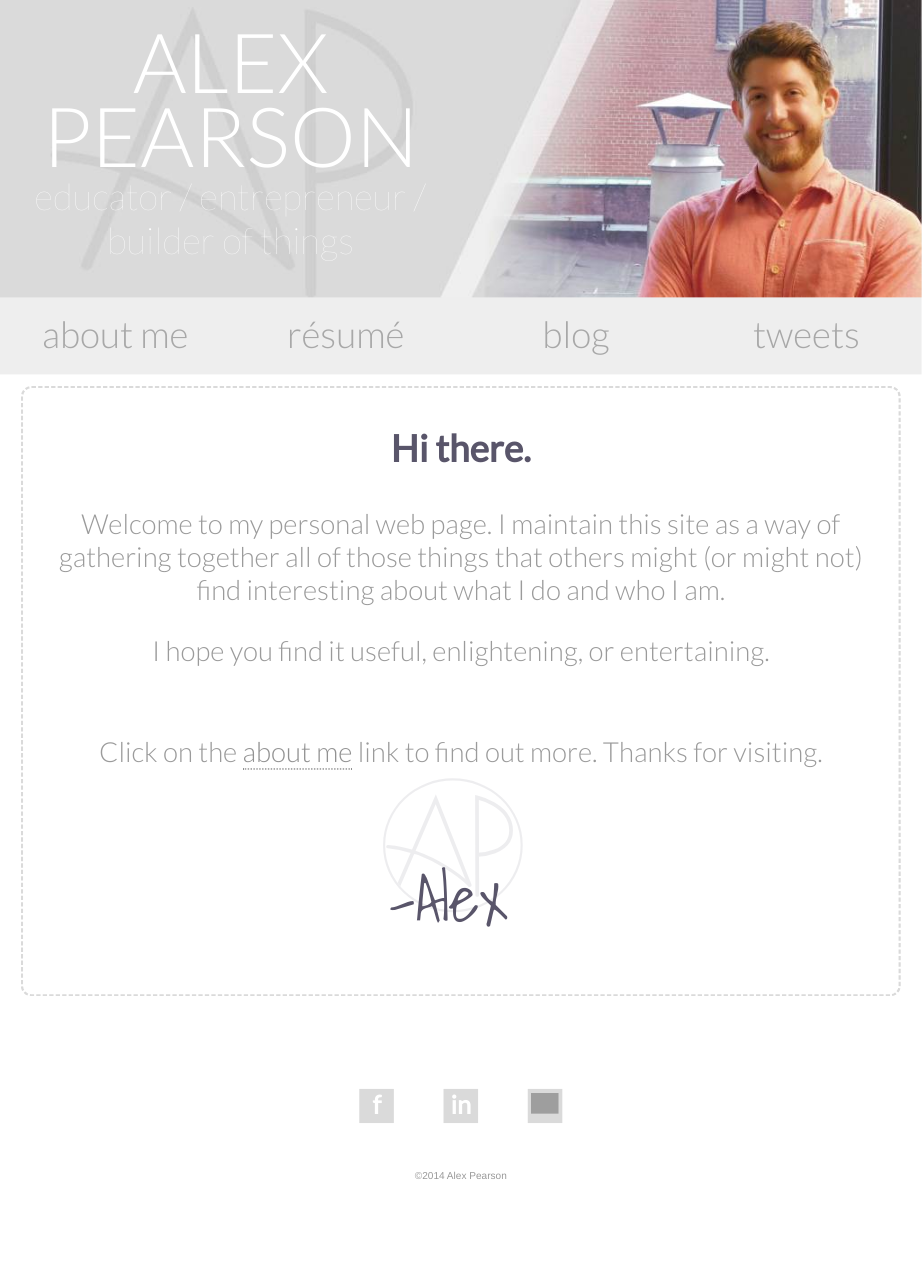
Repository: NAlexPear/personal-page
Page: about/index.html
The author's editor kept a record of every edit. The page is drawn from the files as they stood at one moment, then again after the next edit.
The browser window is 1280 px wide. The pictures show the whole page, at 72% of full size.
Pictures or frames that could not be fetched are drawn as grey boxes.

Above is the page before.

### about/index.html
<!DOCTYPE html>
<html lang="en-us">

<head>
<meta charset="utf-8">
<!-- Set the viewport width to device width for mobile -->
<meta name="viewport" content="width=device-width, initial-scale=1, maximum-scale=1, user-scalable=0">
<link rel="shortcut icon" href="../theme/images/favicon.ico" type="image/x-icon">
<link rel="icon" href="../theme/images/favicon.ico" type="image/x-icon">
<title>Alex Pearson</title>
<!-- Included CSS Files -->
<link rel="stylesheet" href="../theme/css/maintemplate2.css">
<!-- IE Fix for HTML5 Tags -->
<!--[if lt IE 9]>
		<script src="http://html5shiv.googlecode.com/svn/trunk/html5.js"></script>
	<![endif]-->

<link rel="canonical" href="http://alexpear.com">
<link rel="shortlink" href="http://alexpear.com">

<link href='https://fonts.googleapis.com/css?family=Lato:100,300,400' rel='stylesheet' type='text/css'>
<link href='https://fonts.googleapis.com/css?family=Shadows+Into+Light' rel='stylesheet' type='text/css'>
<!--Scripts below-->
<script type="text/javascript" src="../theme/js/analytics.js"></script>

</head>

<body>
    <div style="background-color: #EEEEEE;">
    <div class="topstuff">
        <img src="../theme/images/alexsmilin3.jpg" width="100%" height="auto"></img>
        <div class="splash">
            <div id="splashname">
                ALEX PEARSON
            </div>
            <div id="splashtag">
                educator / entrepreneur / builder of things
            </div>
        </div>
    </div>
        <ul id="navbubbles">
            <li id="about">
                <div class="navreact">
                    <a href="http://www.alexpear.com/about" title="About Alex" alt="About Alex">
                        <div>about me</div>
                    </a>
                </div>
            </li>
            <li id="resume">
                <div class="navreact">
                    <a href="http://alexpear.com/resume" title="Alex's Resume" alt="Alex's Resume">
                        <div>résumé</div>
                    </a>
                </div>
            </li>
            <li id="blog">
                <div class="navreact">
                    <a href="http://alexpear.com/blog" title="Alex's Blog" alt="Alex's Blog">
                        <div>blog</div>
                    </a>
                </div>
            </li>
            <li id="blog">
                <div class="navreact">
                    <a href="http://alexpear.com/tweets" title="Alex's Twitter Feed" alt="Alex's Tweets">
                        <div>tweets</div>
                    </a>
                </div>
            </li>
        </ul>
    </div>
    <div id="content-wrapper">
        <div id="content">
            <p style="font-weight:bold; text-align: center; font-size:4vw; color:#59556A;">Hi there.</p>
            <p style="text-align:center;">Welcome to my personal web page. I maintain this site as a way of gathering together all of those things that others might (or might not) find interesting about what I do and who I am.
            <br>
            <p style="text-align:center;">I hope you find it useful, enlightening, or entertaining.</p>
            <br>
            <p style="text-align:center;">Click on the <a href="http://alexpear.com/about">about me</a> link to find out more. Thanks for visiting.</p>
            <div class="signature">
                <img src="../theme/images/APlogo3.svg">
                <h1>-Alex</h1>
            </div>


        </div>
    </div>
</body>
<footer>
    <div class="socialmedia">
        <ul id="socialmediabuttons">
            <li id="fb"><a href="https://www.facebook.com/alex.pearson.568" title="facebook">f</a></li>
            <li id="in"><a href="https://www.linkedin.com/pub/alex-pearson/a4/492/a16" title="linkedin">in</a></li>
            <li id="twit"><a href="https://twitter.com/NAlexPearson" title="twitter"><img src="http://i.imgur.com/KlB8yzw.png" width="80%"></a></li>

        </ul>
    </div>
    <div class="copyright">©2014 Alex Pearson</div>
</footer>
<!--<body>-->
<!--    <div>-->
<!--        <div>-->
<!--            <ul id="navbubbles">-->
<!--                <li class="aboutpagebuttons"><img src="http://i.imgur.com/VPk4w5T.jpg" width="100%"/></li>-->
<!--                <li class="aboutpagebuttons"><img src="http://i.imgur.com/7XGbVoA.jpg" width="100%"/></li>-->
<!--                <li class="aboutpagebuttons"><img src="http://i.imgur.com/54ftRHh.jpg" width="100%"/></li>-->
<!--            </ul>-->
<!--        </div>-->
<!--        <p class="main">Hi there. Thanks for looking at my page. I'm a recent transplant to St. Louis by way of Nashville. For the past three years, I've been running my own weightlifting, CrossFit, and general fitness business.</p>-->
<!--        <div>-->
<!--            <ul id="navbubbles">-->
<!--                <li class="aboutpagebuttons"><img src="http://i.imgur.com/GGhYqPX.jpg" height="100%"></img></li>-->
<!--                <li class="aboutpagebuttons"><img src="http://i.imgur.com/pjjaoxQ.jpg" width="100%"></img></li>-->
<!--                <li class="aboutpagebuttons"><img src="http://i.imgur.com/vcil9Jb.jpg" width="100%"></img></li>-->
<!--            </ul>-->
<!--        </div>-->
<!--        <p class="main">After building my business from scratch into a self-sustaining (and sell-able) community, it was time to move on to the next adventure. So here I am. You can still find me in the weight room and on the competition platform, but as an athlete instead of full-time coach.</p>-->
<!--        <div>-->
<!--            <ul id="navbubbles">-->
<!--                <li class="aboutpagebuttons"><img src="http://i.imgur.com/yh2LGXZ.jpg" height="100%"></li>-->
<!--                <li class="aboutpagebuttons"><img src="http://i.imgur.com/htYHARt.jpg" width="100%"></li>-->
<!--                <li class="aboutpagebuttons"><img src="http://i.imgur.com/kY4R3GA.jpg" height="100%"></li>-->
<!--            </ul>-->
<!--        </div>-->
<!--        <p class="main">For now, it's time for me to get connected to the St. Louis entrepreneurial scene and get started on the next business idea. If you'd like to work with me, check out my resume on the front page, or shoot me an email at alex@alexpear.com.</p>-->
<!--    </div>-->
<!--</body>-->

### theme/css/maintemplate2.css
html{
    -webkit-font-smoothing: antialised;
    margin:0;
}

body{
    background-color: rgb(255,255,255);
    margin:0;
}

p {
    font-family: georgia, "Times New Roman";
    font-size: 4vw;
    color: rgb(155,155,155);
}

a {
    text-decoration: none;
    color: rgba(100,100,100,0.7);
}

a:hover {
    color: rgba(100,100,100,1.0);
}

.topstuff{
    width: 100%;
}

.splash {
    width: 50%;
    position: absolute;
    margin-top: -30%;
}

#content-wrapper{
    width:95%;
    margin-left:auto;
    margin-right:auto;
    border: 0.3vw dashed #dadada;
    border-radius: 15px;
}

#content{
    padding-left:1.5vw;
    padding-right:1.5vw;
}

#content p{
    font-size:3vw;
    font-family:'Lato', 'Helvetica', 'sans-serif';
    font-weight:300;
}

#content ul{
    font-family: 'Lato', 'Helvetica', 'sans-serif';
    font-size: 0.8em;
    opacity: 0.3;
}

#content a{
    border-bottom:0.2vw dotted;
}

#content a:hover{
    border-bottom:0.2vw solid;
}

.signature{
    width:40%;
    height:auto;
    margin-left:auto;
    margin-right:auto;
    margin-top:-2%;
}

.signature img{
    /*float:left;*/
    margin-left:27%;
    width:40%;
    height:14vw;
    margin-bottom:0;
    opacity: 0.1;
    border: 0.3vw solid #59556a;
    border-radius:50%;
}

.signature h1{
    font-family: 'Shadows Into Light', 'cursive';
    font-size: 7vw;
    font-weight:300;
    margin-left:29%;
    margin-top:-20%;
    padding-top:0;
    color:#59556a;
}

#splashname{
    position:relative;
    font-family: 'Lato', "sans-serif";
    text-align: center;
    font-weight: 300;
    font-size:9vw;
    line-height:90%;
    padding-bottom: 0vw;
    color: rgb(255,255,255);
}

#splashtag{
    position:relative;
    font-family:'Lato',"Sans-Serif";
    font-size:4vw;
    font-weight: 100;
    color: rgb(255,255,255);
    text-align: center;
}

#navbubbles{
    list-style-type:none;
    display:table;
    table-layout:fixed;
    width: 100%;
    padding-bottom: 2vw;
    padding-left: 0px;
}

#navbubbles li{
    display: table-cell;
    text-align: center;
    font-family: 'Lato', "Sans-Serif";
    font-size: 4vw;
    font-weight: 300;
    color:#ffffff;;
}

.navreact a{

   color:#A8A8A8;
  -o-transition:.5s color;
  -ms-transition:.5s color;
  -moz-transition:.5s color;
  -webkit-transition:.5s color;
   transition: .5s color;
}

.navreact a:hover{
    color: #51504f;
}




.socialmedia{
    margin-top: 10%;
}

footer ul { list-style: none; margin: 0 auto; overflow: hidden; padding: 0; width: 50%; min-width:200px; max-width:350px;
    margin-left: auto;
    margin-right: auto;
    display: table;
    table-layout:fixed;
}
footer ul li {display: table-cell; font-family: lato, "sans-serif"; font-size: 2.2em; font-weight: bold;}
footer ul li:last-child {margin-right: 0; }
footer ul li a { background: #DADADA; display:block; color: #fff; overflow: hidden; text-decoration: none; -webkit-transition: all .3s ease; width: 48px; height: 48px;margin-left:auto;margin-right:auto;}
footer ul li a:hover, footer ul li a:focus, footer ul li a:active { background: #51504f; color: #fff; }

#socialmediabuttons {
    text-align: center;
    /*direction:ltr;*/
}

#in{
    font-weight: bolder;
}

.copyright {
    margin-top:5%;
    margin-bottom:10%;
    text-align: center;
    font-family: helvetica, "Sans-Serif";
    font-size: 14px;
    opacity: 0.4;
}

### theme/js/analytics.js
(function(i,s,o,g,r,a,m){i['GoogleAnalyticsObject']=r;i[r]=i[r]||function(){(i[r].q=i[r].q||[]).push(arguments)},i[r].l=1*new Date();a=s.createElement(o),m=s.getElementsByTagName(o)[0];a.async=1;a.src=g;m.parentNode.insertBefore(a,m)})(window,document,'script','//www.google-analytics.com/analytics.js','ga');ga('create','UA-56023800-1','auto');ga('send','pageview');

After the next edit:
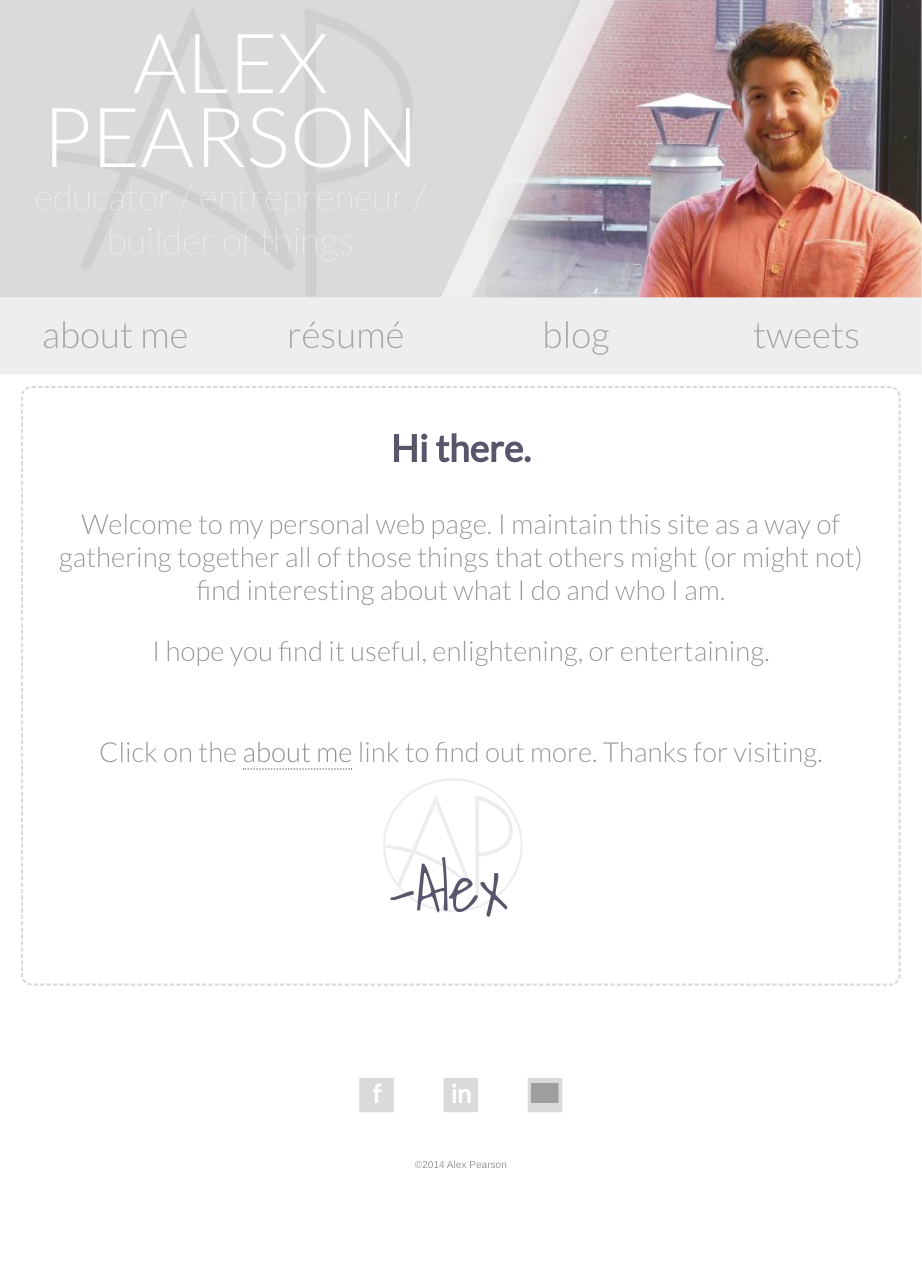
The edit:
--- a/theme/css/maintemplate2.css
+++ b/theme/css/maintemplate2.css
@@ -90,7 +90,7 @@
     font-size: 7vw;
     font-weight:300;
     margin-left:29%;
-    margin-top:-20%;
+    margin-top:-23%;
     padding-top:0;
     color:#59556a;
 }
